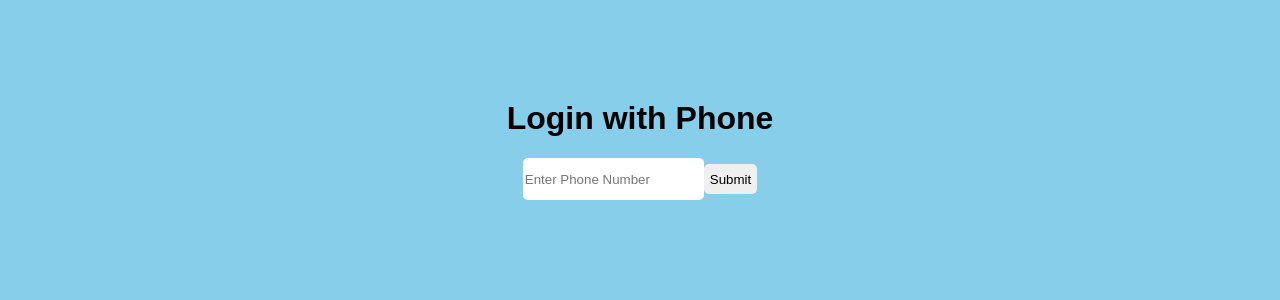
Repository: s-babaeizadeh/OTP-Login
Page: /
These files come from the project's save history. The page is drawn as it stood at one moment and after the next save; the edit follows.
The browser window is 1280 px wide. The pictures show the whole page.
The project was rebuilt for these pictures with package versions that can differ from the ones it lists, and the page was loaded fresh each time. Also part of the build but not shown: vite.config.js, src/components/OtpInput.jsx.

Above is the page before, as saved 2024-08-03 21:38:12.

After the next save:
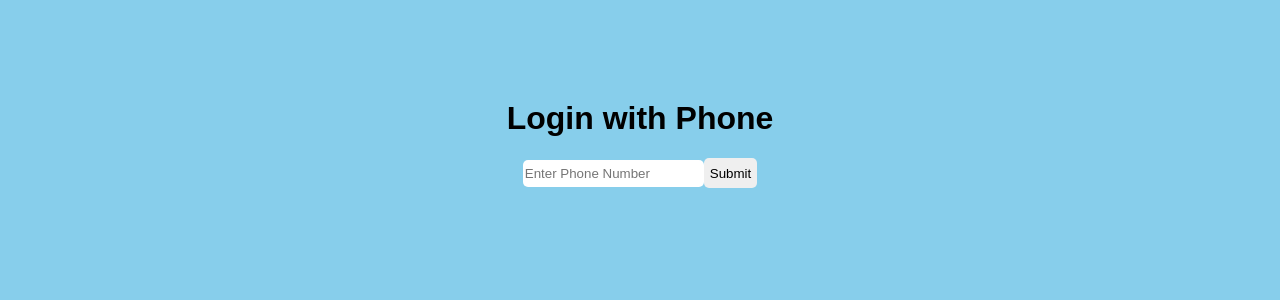
Saved 10 s later.
--- a/src/App.css
+++ b/src/App.css
@@ -16,7 +16,7 @@
   border-radius: 5px;
   border: none;
   outline: none;
-  height: 40px;
+  height: 25px;
 }
 
 button {
